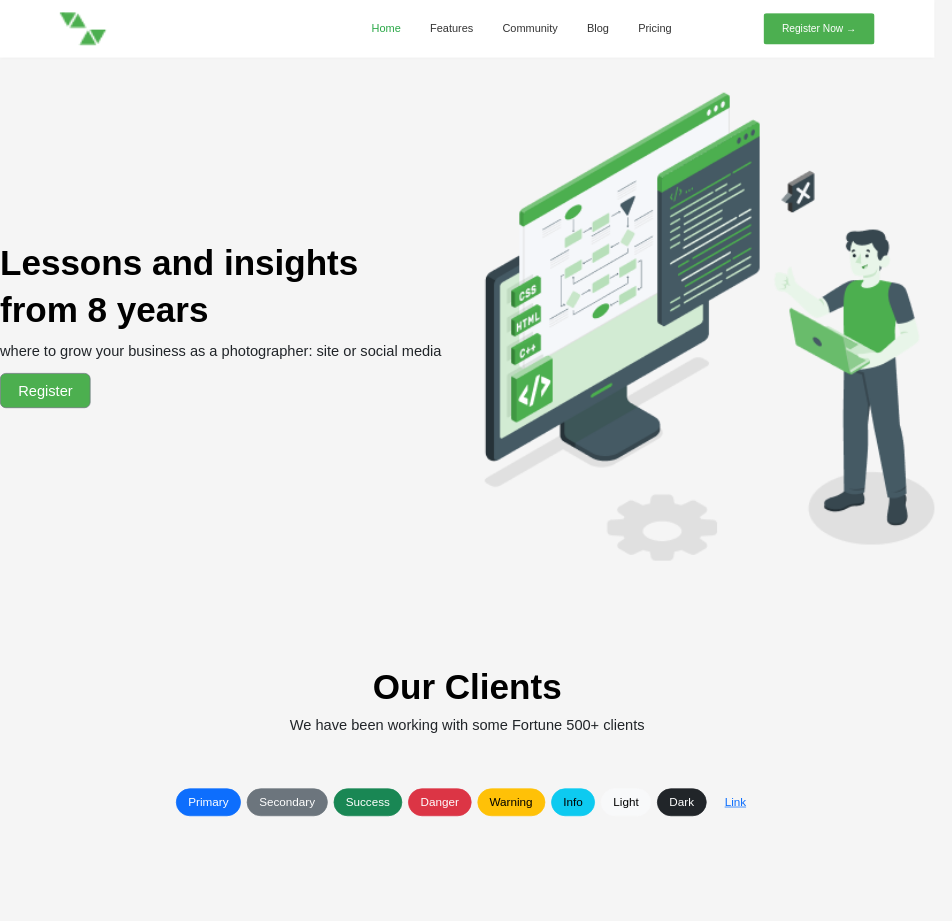
Repository: Laibaaa10/Bootstrap1
Page: index.html
An editor plug-in stored every save of this project. The page is shown before and after the next save, followed by the edit.
The browser window is 1280 px wide. The page is 1304 px wide, so the pictures cover 1304 px, including what lies to the right of the window. The pictures show the whole page, at 73% of full size.

Above is the page before, as saved 2026-06-18 00:15:52.

### index.html
<!DOCTYPE html>
<html lang="en">

<head>
    <meta charset="UTF-8">
    <meta name="viewport" content="width=device-width, initial-scale=1.0">
    <title>Navbar</title>
    <link href="https://cdn.jsdelivr.net/npm/bootstrap@5.3.3/dist/css/bootstrap.min.css" rel="stylesheet">
    <link rel="stylesheet" href="style.css">
</head>

<body>
    <!-- Navbar start  -->

    <nav class="navbar navbar-expand-lg custom-navbar">
        <div class="container">


            <a class="navbar-brand d-flex align-items-center w-" href="#">
                <img src="./images/Logo (1).png" alt="Logo" class="logo">
            </a>



            <button class="navbar-toggler" type="button" data-bs-toggle="collapse" data-bs-target="#navbarContent">
                <span class="navbar-toggler-icon"></span>
            </button>

            <div class="collapse navbar-collapse" id="navbarContent">

                <ul class="navbar-nav mx-auto mb-2 mb-lg-0">
                    <li class="nav-item">
                        <a class="nav-link active" href="#">Home</a>
                    </li>
                    <li class="nav-item">
                        <a class="nav-link" href="#">Features</a>
                    </li>
                    <li class="nav-item">
                        <a class="nav-link" href="#">Community</a>
                    </li>
                    <li class="nav-item">
                        <a class="nav-link" href="#">Blog</a>
                    </li>
                    <li class="nav-item">
                        <a class="nav-link" href="#">Pricing</a>
                    </li>
                </ul>
                <a href="#" class="btn register-btn">
                    Register Now →
                </a>

            </div>
        </div>
    </nav>
    <!-- Navbar end -->

    <!-- Hero section start  -->

    <div class="row flex-lg-row-reverse align-items-center g-5 py-5">
        <div class="col-10 col-sm-8 col-lg-6"> <img src="./images/Illustration.png" class="d-block mx-lg-auto img-fluid"
                alt="Bootstrap Themes" width="700" height="500" loading="lazy"> </div>
        <div class="col-lg-6">
            <h1 class="display-5 fw-bold text-body-emphasis lh-1 mb-3">Lessons and insights</h1>
            <h1 class="display-5 fw-bold text-body-emphasis lh-1 mb-3 bg">from 8 years</h1>
            <p class="lead">where to grow your business as a photographer: site or social media</p>
            <div class="d-grid gap-2 d-md-flex justify-content-md-start"> <button type="button"
                    class="btn btn-outline-secondary btn-lg px-4 bgcolor">Register</button> </div>
        </div>
    </div>

    <div class="px-4 py-5 my-5 text-center">
        <h1 class="display-5 fw-bold text-body-emphasis">Our Clients</h1>
        <div class="col-lg-6 mx-auto">
            <p class="lead mb-4">We have been working with some Fortune 500+ clients</p>
        </div>
        <div class="d-flex gap-2 justify-content-center py-5"> <button class="btn btn-primary rounded-pill px-3"
                type="button">Primary</button> <button class="btn btn-secondary rounded-pill px-3"
                type="button">Secondary</button> <button class="btn btn-success rounded-pill px-3"
                type="button">Success</button> <button class="btn btn-danger rounded-pill px-3"
                type="button">Danger</button> <button class="btn btn-warning rounded-pill px-3"
                type="button">Warning</button> <button class="btn btn-info rounded-pill px-3"
                type="button">Info</button> <button class="btn btn-light rounded-pill px-3" type="button">Light</button>
            <button class="btn btn-dark rounded-pill px-3" type="button">Dark</button> <button
                class="btn btn-link rounded-pill px-3" type="button">Link</button> </div>


<!-- Hero section end  -->
        <script src="https://cdn.jsdelivr.net/npm/bootstrap@5.3.3/dist/js/bootstrap.bundle.min.js"></script>

</body>

</html>

### style.css
body {
    margin: 0;
    background: #f5f5f5;
    font-family: Arial, sans-serif;
}

.custom-navbar {
    background: #ffffff;
    padding: 12px 0;
    box-shadow: 0 1px 5px rgba(0,0,0,0.05);
}

.logo {
    height: 45px;
    width: auto;
}

.navbar-nav .nav-link {
    color: #333;
    font-size: 15px;
    font-weight: 500;
    margin: 0 12px;
    transition: 0.3s;
}

.navbar-nav .nav-link:hover,
.navbar-nav .nav-link.active {
    color: #28a745;
}

.register-btn {
    background: #4CAF50;
    color: #fff;
    padding: 10px 24px;
    border-radius: 4px;
    font-size: 14px;
    font-weight: 500;
    text-decoration: none;
    transition: 0.3s;
}

.register-btn:hover {
    background: #43a047;
    color: #fff;
}

@media (max-width: 991px) {
    .navbar-nav {
        text-align: center;
        padding: 15px 0;
    }

    .register-btn {
        display: block;
        width: fit-content;
        margin: 15px auto 0;
    }
}
.bgcolor{
    background-color: #4CAF4F;
    text-decoration: none;
    color: white;
}

After the next save:
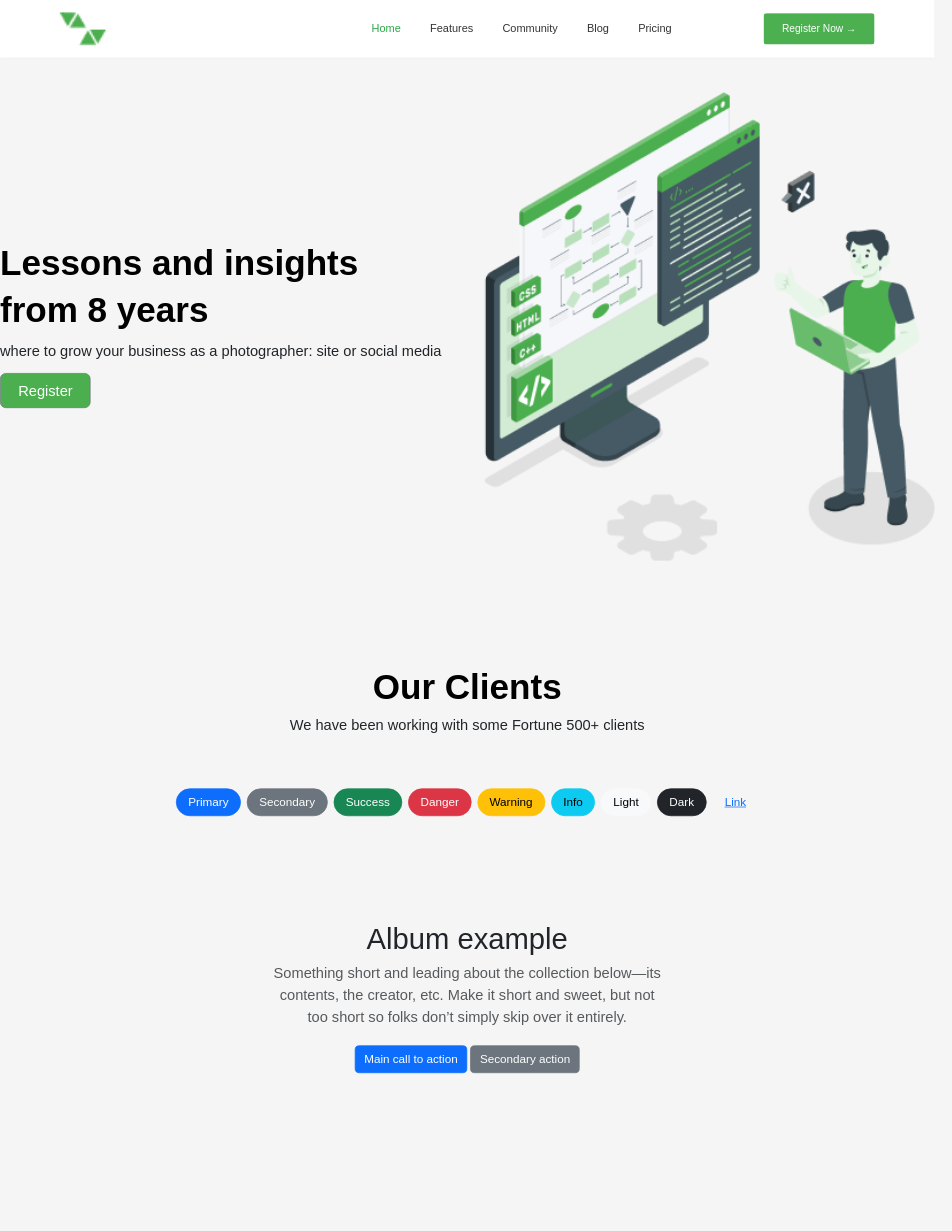
Saved 4 min 37 s later.
--- a/index.html
+++ b/index.html
@@ -83,7 +83,7 @@
             <button class="btn btn-dark rounded-pill px-3" type="button">Dark</button> <button
                 class="btn btn-link rounded-pill px-3" type="button">Link</button> </div>
 
-
+                <section class="py-5 text-center container"> <div class="row py-lg-5"> <div class="col-lg-6 col-md-8 mx-auto"> <h1 class="fw-light">Album example</h1> <p class="lead text-body-secondary">Something short and leading about the collection below—its contents, the creator, etc. Make it short and sweet, but not too short so folks don’t simply skip over it entirely.</p> <p> <a href="#" class="btn btn-primary my-2">Main call to action</a> <a href="#" class="btn btn-secondary my-2">Secondary action</a> </p> </div> </div> </section>
 <!-- Hero section end  -->
         <script src="https://cdn.jsdelivr.net/npm/bootstrap@5.3.3/dist/js/bootstrap.bundle.min.js"></script>
 
